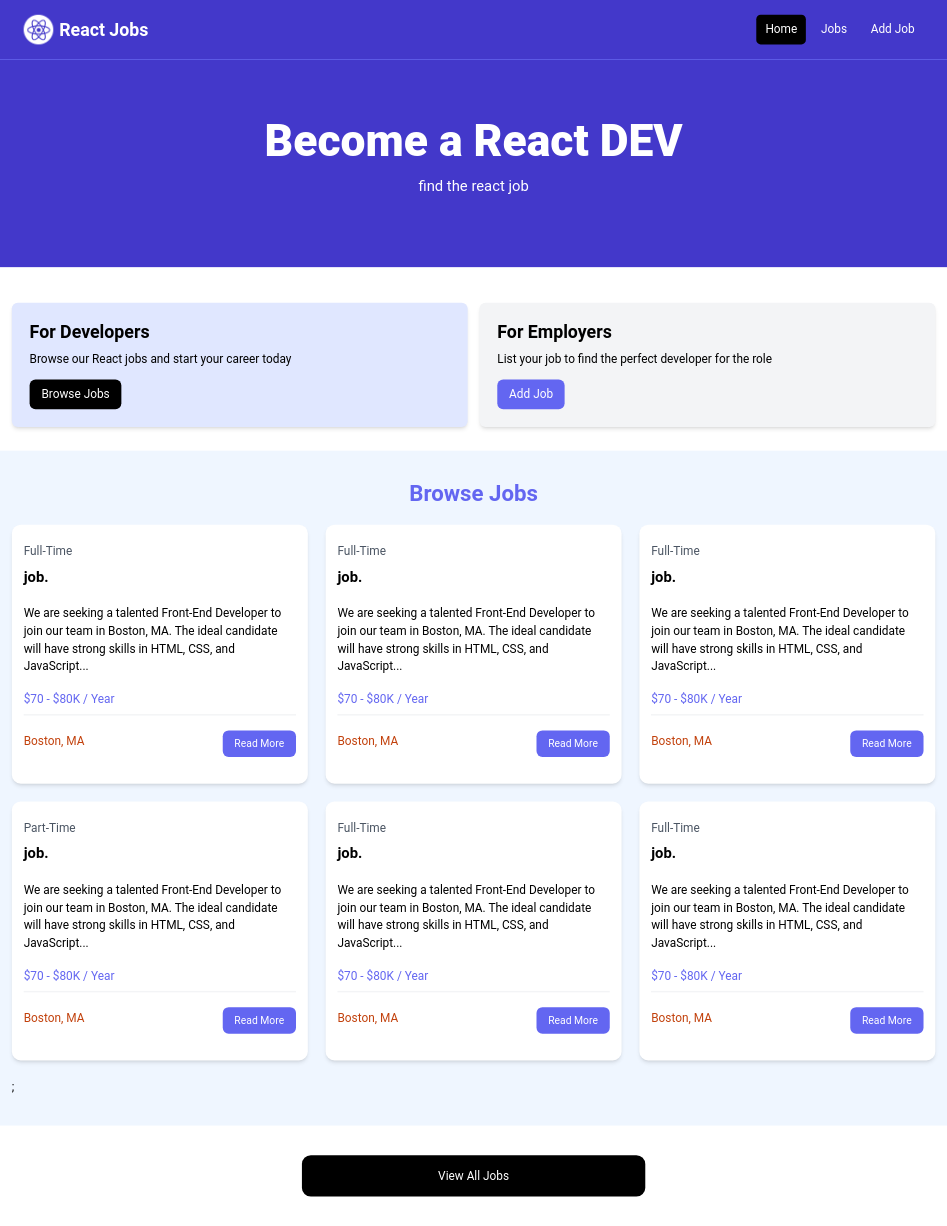
Repository: Geohot-2020/React_setup
Page: / (app in react-crash-2024/)
The author's editor kept a copy of each file at every save. The page is drawn from the files as they stood at one save, then again after the next save.
The browser window is 1280 px wide. The pictures show the whole page, at 74% of full size.
The project was rebuilt for these pictures with package versions that can differ from the ones it lists, and the page was loaded fresh each time. Also part of the build but not shown: react-crash-2024/vite.config.js.

Above is the page before, as saved 2024-11-13 16:11:37.

After the next save:
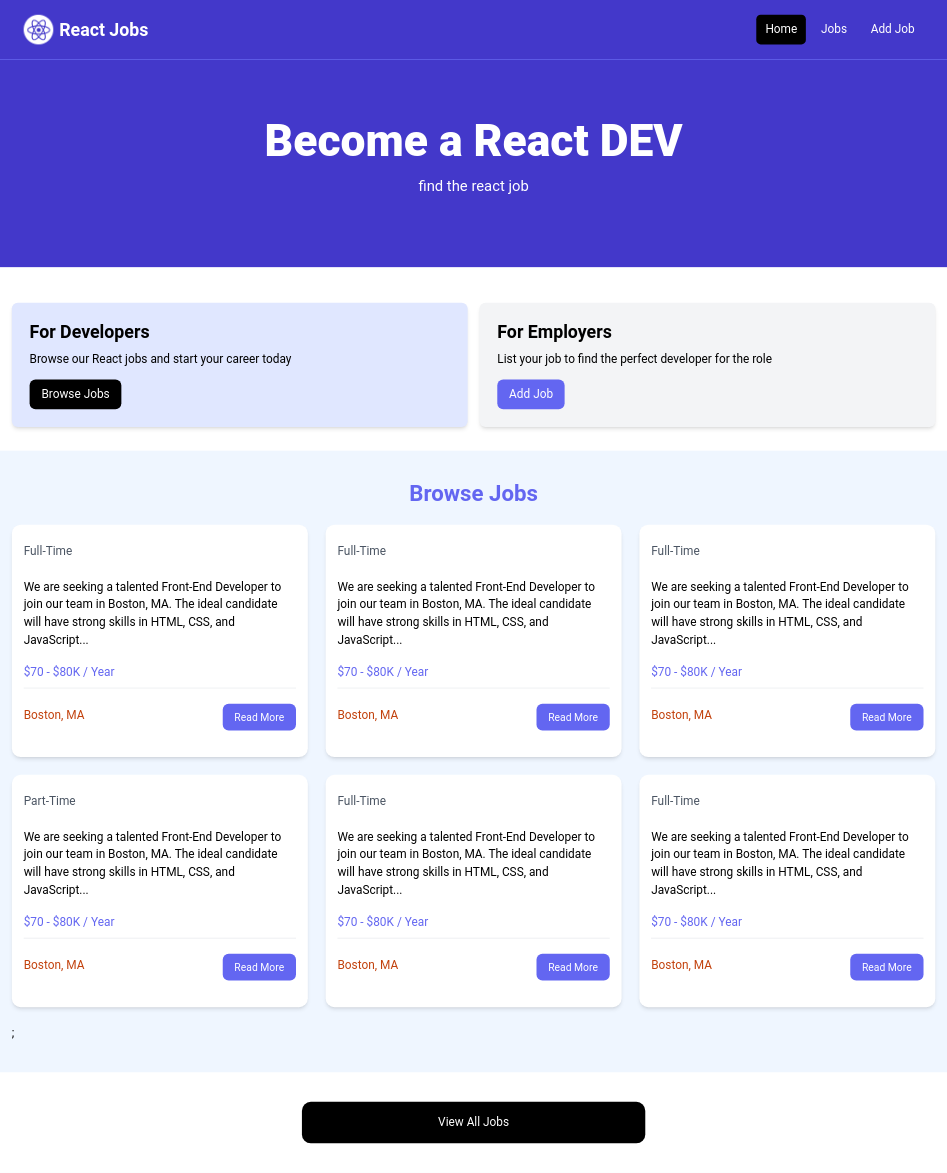
Saved 5 s later.
--- a/react-crash-2024/src/components/JobListings.jsx
+++ b/react-crash-2024/src/components/JobListings.jsx
@@ -15,7 +15,7 @@
                             <div className="p-4">
                                 <div className="mb-6">
                                     <div className="text-gray-600 my-2">{job.type}</div>
-                                    <h3 className="text-xl font-bold">job.</h3>
+                                    <h3 className="text-xl font-bold">{}</h3>
                                 </div>
 
                                 <div className="mb-5">

After the 3 saves that followed:
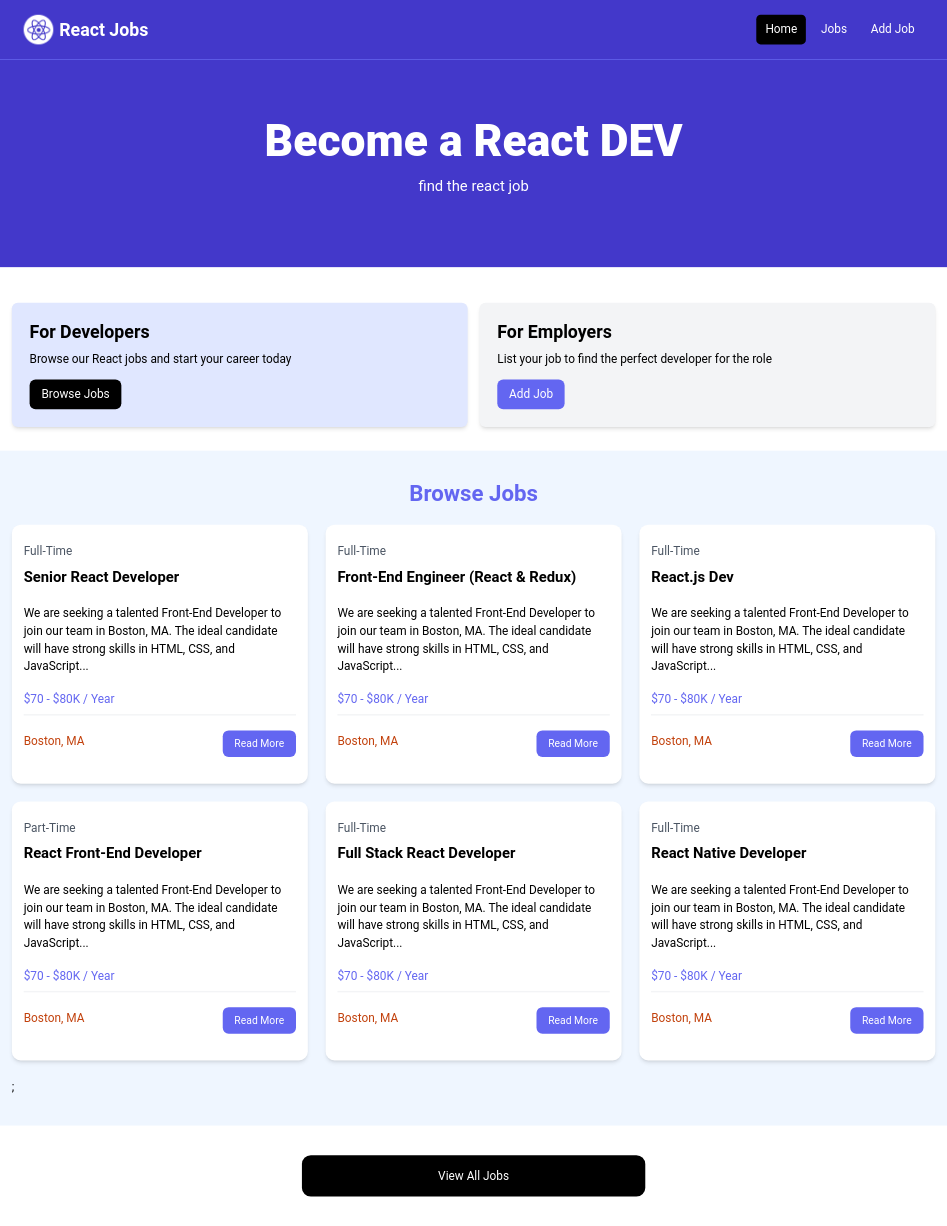
The 3 saves are shown as one change because they came seconds apart.
The last was saved 6 s later.
--- a/react-crash-2024/src/components/JobListings.jsx
+++ b/react-crash-2024/src/components/JobListings.jsx
@@ -15,7 +15,7 @@
                             <div className="p-4">
                                 <div className="mb-6">
                                     <div className="text-gray-600 my-2">{job.type}</div>
-                                    <h3 className="text-xl font-bold">{}</h3>
+                                    <h3 className="text-xl font-bold">{job.title}</h3>
                                 </div>
 
                                 <div className="mb-5">
